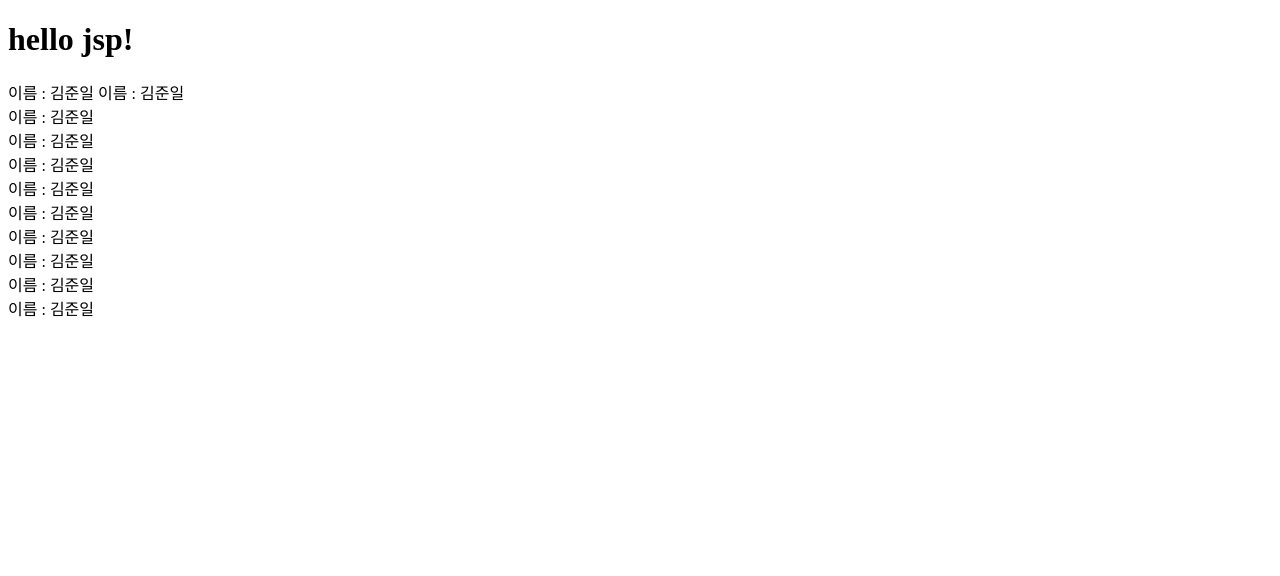
Repository: qorals1121/JavaStudy-20220824-mingyeong
Page: http://localhost/ServletStudy-20220823-mingyeong/Hello.jsp
The author's editor kept a copy of each file at every save. The page is drawn from the files as they stood at one save, then again after the next save.
The browser window is 1280 px wide. The pictures show the whole page.
The page is served by Tomcat 9. Nobody is signed in. The application's start-up code is not run. Other server files are loaded and not shown.

Above is the page before, as saved 2022-08-23 02:25:08.

### ServletStudy-20220823-mingyeong/src/main/webapp/Hello.jsp
<%@ page language="java" contentType="text/html; charset=UTF-8"
    pageEncoding="UTF-8"%>

<%!
	// 선언식 (메소드도 선언 가능)
	String name = "김준일";
%>
<!DOCTYPE html>
<html>
<head>
<meta charset="UTF-8">
<title>Insert title here</title>
</head>
<style>

</style>
<body>
	<h1>hello jsp!</h1>
	<label>이름 : </label><%=name %>
	<%
		for(int i = 0; i < 10; i++) {
	%>
	<label>이름 : </label><%=name %><br>
	<%		// 태그들은 이어지며 중간에 선언을 끼워넣을 수 있다.
		}
	%>
</body>
</html>

After the next save:
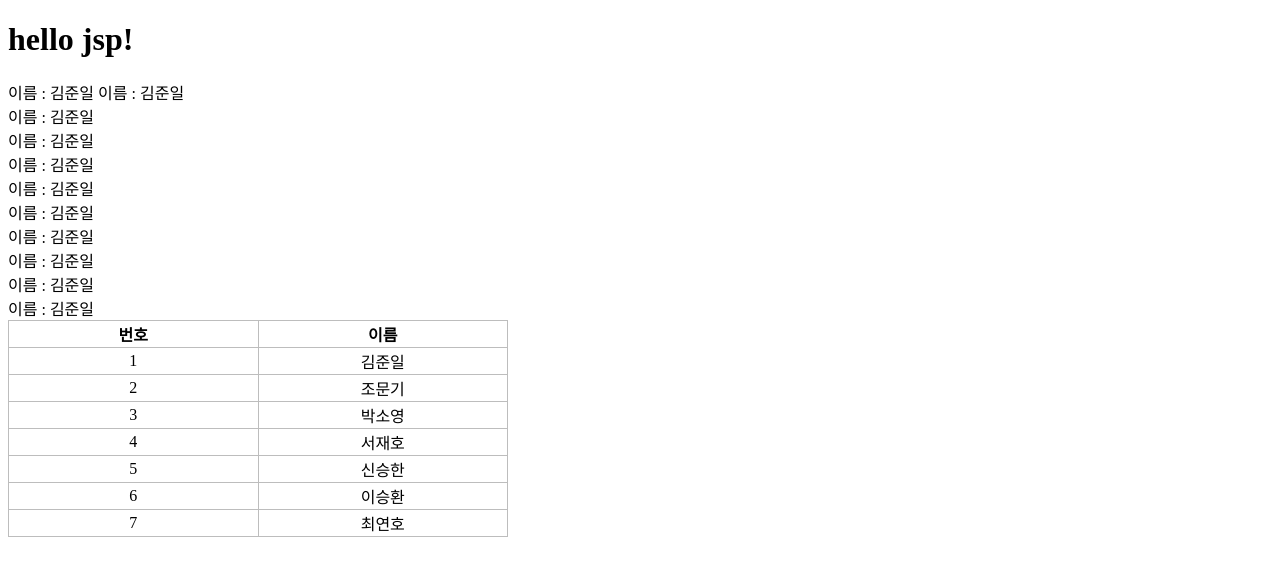
Saved 39 min 35 s later.
--- a/ServletStudy-20220823-mingyeong/src/main/webapp/Hello.jsp
+++ b/ServletStudy-20220823-mingyeong/src/main/webapp/Hello.jsp
@@ -1,19 +1,42 @@
+<%@page import="java.util.ArrayList"%>
+<%@page import="java.util.List"%>
 <%@ page language="java" contentType="text/html; charset=UTF-8"
     pageEncoding="UTF-8"%>
 
 <%!
 	// 선언식 (메소드도 선언 가능)
 	String name = "김준일";
+	List<String> nameList = new ArrayList<String>();
+%>
+
+<%
+	nameList.add("김준일");
+	nameList.add("조문기");
+	nameList.add("박소영");
+	nameList.add("서재호");
+	nameList.add("신승한");
+	nameList.add("이승환");
+	nameList.add("최연호");
 %>
 <!DOCTYPE html>
 <html>
 <head>
 <meta charset="UTF-8">
 <title>Insert title here</title>
+<style>
+	table, th, td {
+	display: center;
+	text-align: center;
+	border-collapse: collapse;
+
+	border: 1px solid #bdbdbd;
+
+	width: 500px;
+	}
+
+	</style>
 </head>
-<style>
 
-</style>
 <body>
 	<h1>hello jsp!</h1>
 	<label>이름 : </label><%=name %>
@@ -24,5 +47,23 @@
 	<%		// 태그들은 이어지며 중간에 선언을 끼워넣을 수 있다.
 		}
 	%>
+
+	<table>
+		<tr>
+			<th>번호</th>
+			<th>이름</th>
+		</tr>
+<%
+		for(int i = 0; i < nameList.size(); i++) {
+%>
+		<tr>
+			<td><%=i + 1 %></td>
+			<td><%= nameList.get(i) %></td>
+		</tr>
+<%
+		}
+%>
+
+	</table>
 </body>
 </html>
